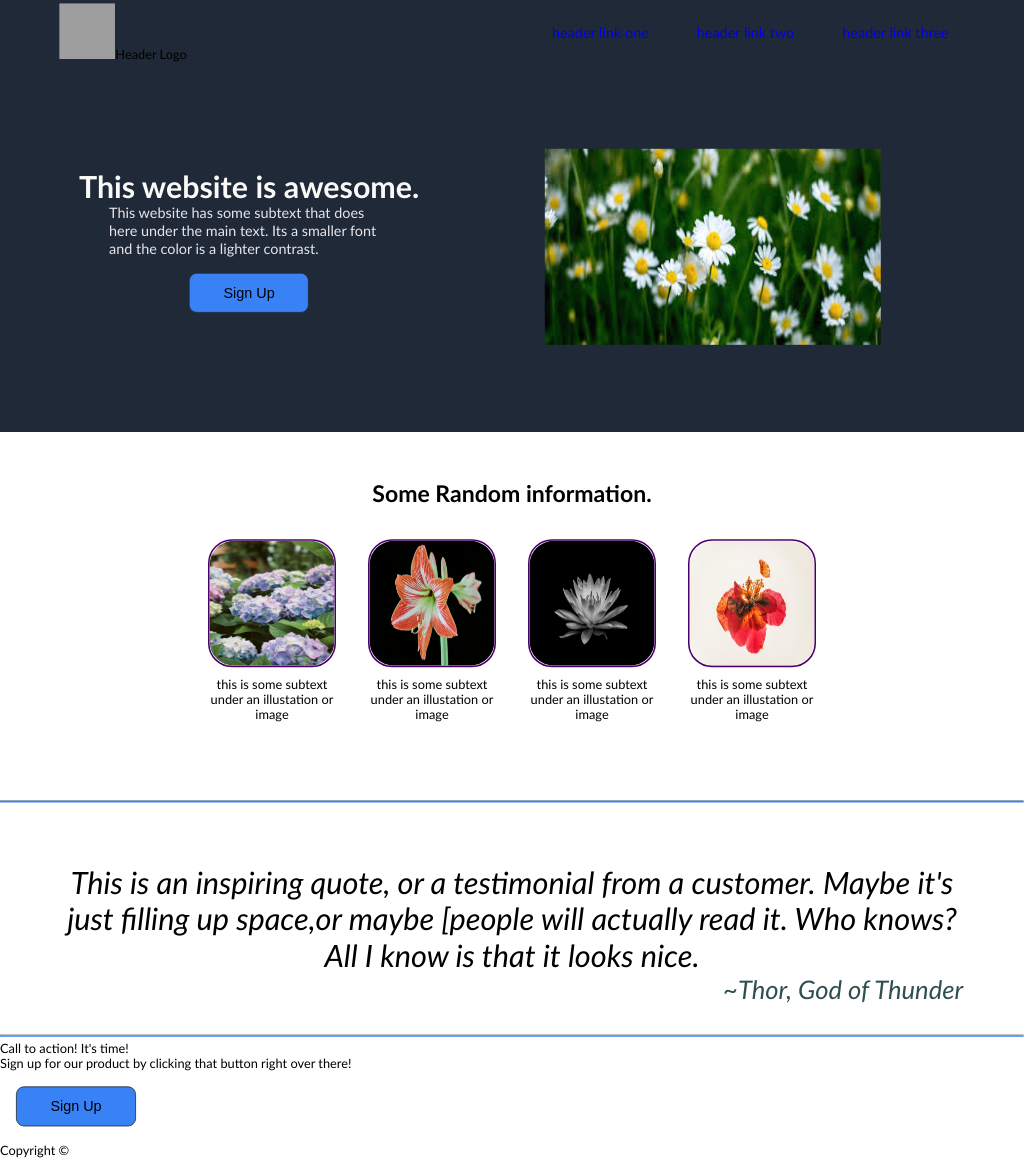
Repository: CassieHardluck/Landing-Page
Page: index.html
The author's editor kept a copy of each file at every save. The page is drawn from the files as they stood at one save, then again after a run of saves.
The browser window is 1280 px wide. The pictures show the whole page, at 80% of full size.
Pictures or frames that could not be fetched are drawn as grey boxes. Some web libraries are served in a nearby version.

Above is the page before, as saved 2024-06-02 07:55:48.

### index.html
<!DOCTYPE html>
  <html lang="en">
    <head>
      <meta charset="UTF-8">
      <meta name="viewport" content="width=device-width, initial-scale=1.0">
      <title>Landing Page - theodinproject</title>
      <link rel="stylesheet" href="styles.css">
      <link
        rel="stylesheet"
        href="https://use.fontawesome.com/releases/v5.8.1/css/all.css"
        integrity="sha384-50oBUHEmvpQ+1lW4y57PTFmhCaXp0ML5d60M1M7u+nqUivzIebhndOJK28anvf"
        crossorigin="anonymous"
      />

    </head>
    <body>

      <!-- header -->
      <header id="head">

        <!-- logo -->
        <div class="img-div">
          <img class="logo-img" src="./images/but" alt="logo">Header Logo
        </div>

        <!-- spacer to help my flex items fall into place right -->
        <div class="head-spacer"></div>

        <!-- navigation -->
        <nav class="navbar">
          <ul class="nav-list">
            <li class="nav-item">
              <a class="nav-link" href="#hero">
                header link one
              </a>
            </li>
            <li class="nav-item">
              <a class="nav-link" href="#info">
                header link two
              </a>
            </li>
            <li class="nav-item">
              <a class="nav-link" href="#your_info">
                header link three
              </a>
            </li>
          </ul>
        </nav>

      </header>

      <!-- main  -->
      <main class="main">

        <!-- hero section -->
        <section id="hero">
          <div class="hero-text">
            <h1 class="main-text">This website is awesome.</h1>
            <p class="secondary-text">This website has some subtext that does here under the main text. Its a smaller font and the color is a lighter contrast.</p>
            <button class="sign-up two">Sign Up</button>
          </div>
          <div class="hero-img-div">
            <img class="hero-img" src="images/flowers-2.jpeg" alt="eye monster">
          </div>
        </section>

        <!-- information section -->
        <section id="info">
          <p class="info-text">Some Random information.</p>
          <div class="flex-container">
            <div class="info-img-div">
              <img class="info-img" src="./images/with-clouds.jpg" alt="">
              <p class="info-img-text">this is some subtext under an illustation or image</p>
            </div>
            <div class="info-img-div">
              <img class="info-img" src="./images/suki-lee.jpg" alt="">
              <p class="info-img-text">this is some subtext under an illustation or image</p>
            </div>
            <div class="info-img-div">
              <img class="info-img" src="./images/wildshots.jpg" alt="">
              <p class="info-img-text">this is some subtext under an illustation or image</p>
            </div>
            <div class="info-img-div">
              <img class="info-img" src="./images/red-flower.jpg" alt="">
              <p class="info-img-text">this is some subtext under an illustation or image</p>
            </div>
          </div>
        </section>
        <section id="quote">
          <hr>
          <blockquote class="quote-text">This is an inspiring quote, or a testimonial from a customer. Maybe it's just filling up space,or maybe [people will actually read it. Who knows? All I know is that it looks nice.<br> <span class="quote-author">~Thor, God of Thunder</span></blockquote>
          <hr>
        </section>
        <section id="your_info">
          <div class="sign-up-div">
            <p class="up-one">Call to action! It's time!</p>
            <p class="up-two">Sign up for our product by clicking that button right over there!</p>
          </div>
          <div class="button btn-one">
            <button class="sign-up">Sign Up</button>
          </div>
        </section>
      </main>
      <footer id="foot">
        Copyright &copy;
      </footer>
    </body>
  </html>

### styles.css
:root {
  /* hero & footer */
  --background-color: #1f2937;
  /* main text color */
  --main-color: #f9faf8;
  /* secondary text color & header link */
  --second-color: #e7e5eb;
  /* button background color */
  --button-color: #3882f6;
  --info-color: #1f2937;


}

* {
  margin: 0;
  padding: 0;
  box-sizing: border-box;
}

html {
  font-family:'Trebuchet MS', 'Lucida Sans Unicode', 'Lucida Grande', 'Lucida Sans', Arial, sans-serif;
  font-size: 16px;
}


button {
  margin: 20px;
  width: 150px;
  height: 50px;
  border-radius: 10px;
  font-size: 18px;
  border: 1px solid var(--info-color);
  background-color: var(--button-color);
}

hr {
  border-bottom: 2px solid var(--button-color);
}


#head {
  display: flex;
  justify-content: space-around;
  background-color: var(--background-color);
  align-items: center;
  height: 75px;
  padding: 40px;
}

#hero {
  padding: 60px;
  background-color: var(--background-color);
  display: flex;
  height: 460px;
  justify-content: space-around;
  align-items: center;
}

#info {
  padding: 20px;
  height: 460px;
}

#quote {
  height: 300px;
  }

.logo-img {
  width: 70px;
  height: 70px;
}

.head-spacer {
  width: 300px;
}

.nav-list {
  gap: 20px;
  display: flex;
  justify-content: space-between;
}

.nav-item {
  padding: 0 10px;
  list-style-type: none;
}

.nav-link {
  padding: 0 10px;
  font-size: 18px;
  text-decoration: none;
}

.hero-text {
  display: flex;
  flex-direction: column;
  justify-content: center;
  align-items: center;
  padding: 20px;
}

.main-text {
  color: var(--main-color);
  font-size: 38px;
  padding: auto 0;
}

.secondary-text {
  width: 350px;
  /* padding: 15px 30px;
  margin: 10px 20px; */
  font-size: 18px;
  color: var(--second-color);
}

.hero-img-div {
  padding: 20px;
}

.hero-img {
  margin: 40px;
  padding: 40px;
  width: 500px;
  height: 325px;
}

.info-text {
  text-align: center;
  font-size: 1.8rem;
  font-weight: bold;
  padding: 20px;
  margin-top: 20px;
}

.flex-container {
  display: flex;
  justify-content: center;
  align-items: center;
}

.info-img-div {
  width: 160px;
  height: 160px;
  border-radius: 30px;
  border: 2px solid #4c006d;
  margin: 20px;
}

.info-img {
  border-radius: 30px;
  width: 100%;
  height: 100%;
}

.info-img-text {
  padding: 10px 0;
  text-align: center;
}


.quote-text {
  margin: 38px;
  padding: 38px;
  font-weight: 200;
  font-size: 2.4rem;
  text-align: center;
  font-style: italic;
}

.quote-author {
  color: darkslategray;
  float: right;
  font-size: smaller;
  margin-left: 20px;
  text-align: right;
}

After the next 4 saves:
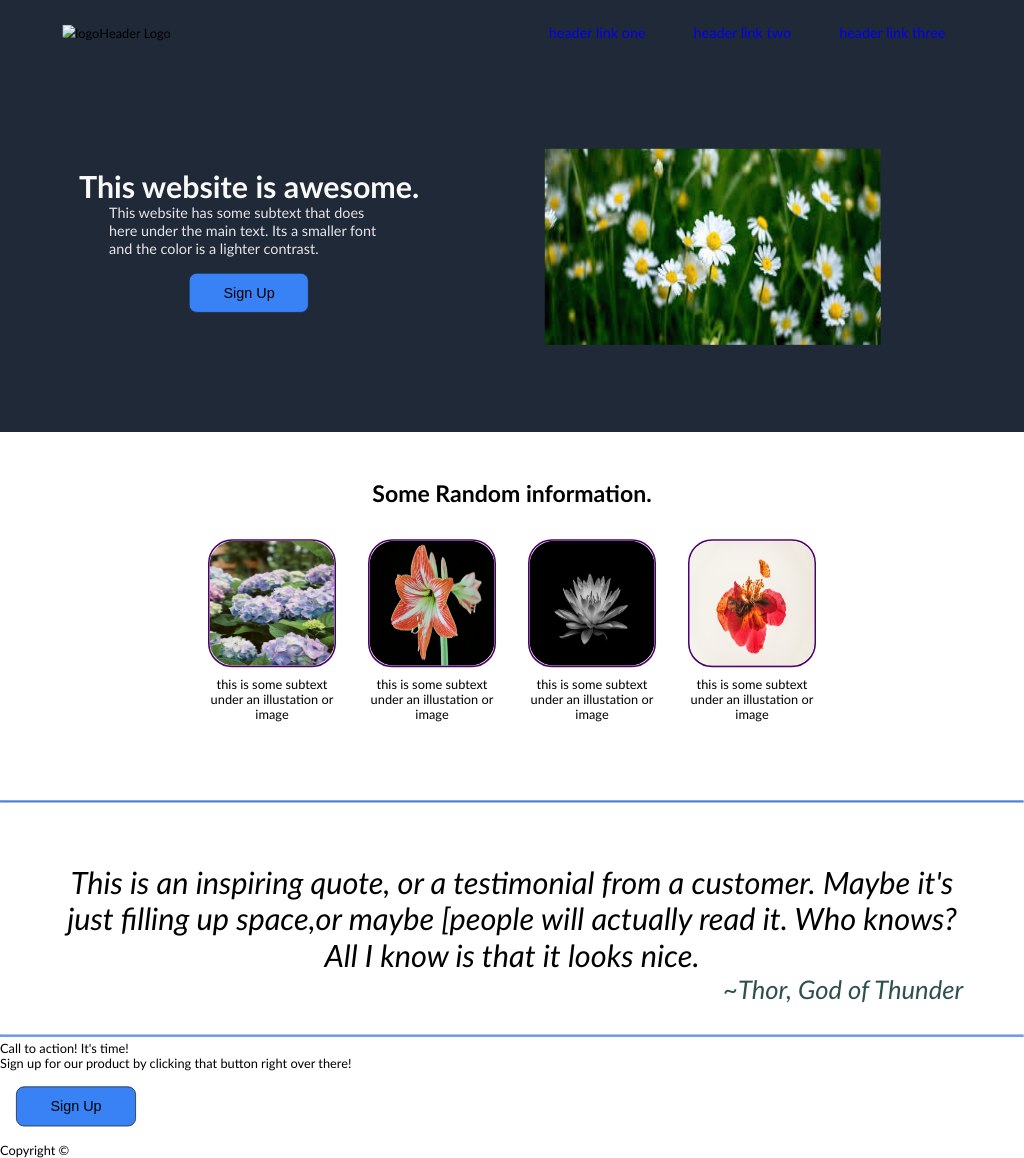
Not found: images/butterfly-vector
The 4 saves are shown as one change because they came seconds apart.
The last was saved 27 s later.
--- a/index.html
+++ b/index.html
@@ -20,7 +20,7 @@
 
         <!-- logo -->
         <div class="img-div">
-          <img class="logo-img" src="./images/but" alt="logo">Header Logo
+          <img class="logo-img" src="./images/butterfly-vector" alt="logo">Header Logo
         </div>
 
         <!-- spacer to help my flex items fall into place right -->

After the save that followed:
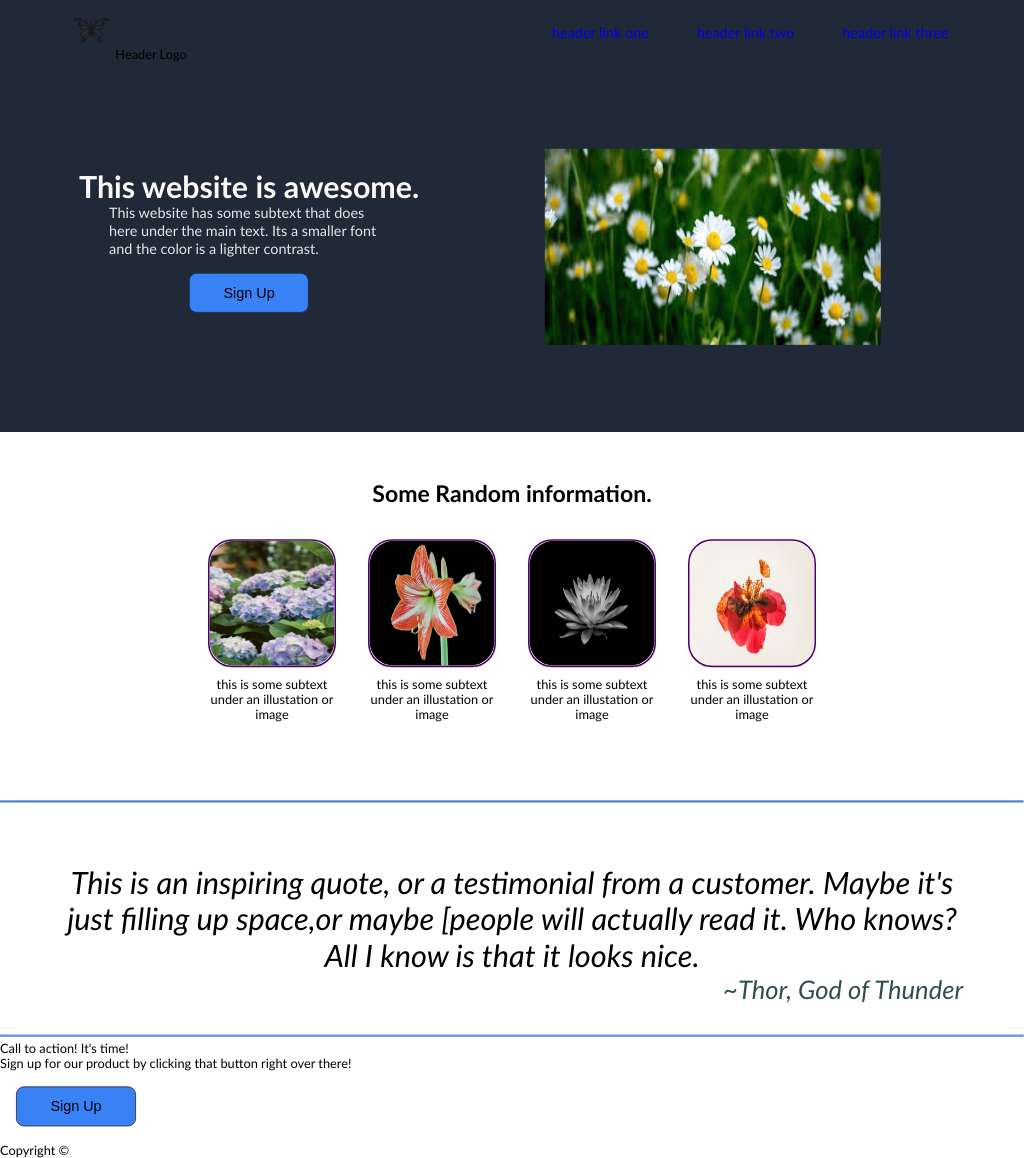
Saved 9 s later.
--- a/index.html
+++ b/index.html
@@ -20,7 +20,7 @@
 
         <!-- logo -->
         <div class="img-div">
-          <img class="logo-img" src="./images/butterfly-vector" alt="logo">Header Logo
+          <img class="logo-img" src="./images/butterfly-vector.png" alt="logo">Header Logo
         </div>
 
         <!-- spacer to help my flex items fall into place right -->
